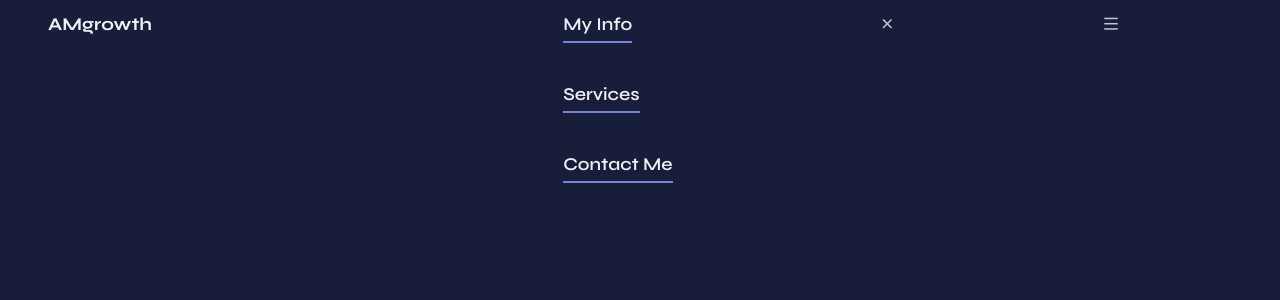
Repository: Ademaulana100499/portofolio
Page: index.html
These files come from the project's save history. The page is drawn as it stood at one moment and after the next save; the edit follows.
The browser window is 1280 px wide. The pictures show the whole page.
Some web fonts or font styles are not loaded; a fallback is used.

Above is the page before, as saved 2024-11-28 15:19:11.

### index.html
<!DOCTYPE html>
<html lang="en">
  <head>
    <meta charset="UTF-8" />
    <meta name="viewport" content="width=device-width, initial-scale=1.0" />
    <title>AMgrowth</title>
    <link rel="shortcut icon" href="assets/img/Favicon.png" />
    <link
      href="https://cdn.jsdelivr.net/npm/remixicon/fonts/remixicon.css"
      rel="stylesheet"
    />
    <link rel="stylesheet" href="assets/css/style.css" />
  </head>
  <body>
    <!-- HEADER -->
    <header class="header" id="header">
      <nav class="nav container">
        <a href="#" class="nav__logo">AMgrowth</a>

        <div class="nav__menu" id="nav-menu"></div>
        <ul class="nav__list">
          <li>
            <a href="#home" class="nav__link">Home</a>
          </li>
          <li>
            <a href="#project" class="nav__link">Project</a>
          </li>
          <li>
            <a href="#info" class="nav__link">My Info</a>
          </li>
          <li>
            <a href="#services" class="nav__link">Services</a>
          </li>
          <li>
            <a href="#contact" class="nav__link">Contact Me</a>
          </li>
        </ul>
        <!-- Close Button -->
        <div class="nav__close" id="nav-close">
          <i class="ri-close-line"></i>
        </div>
        <!-- Toggle Button -->
        <div class="nav__toggle" id="nav-toggle">
          <i class="ri-menu-line"></i>
        </div>
      </nav>
    </header>

    <!-- MAIN -->
    <main class="main" id="main"></main>

    <!-- FOOTER -->
    <footer class="footer" id="footer"></footer>
    <!-- SCROLL UP -->
    <!-- SCROLLREVEAL -->
    <script src=""></script>
    <!-- EMAIL JS -->
    <script src=""></script>
    <!-- MAIN JS -->
    <script src="assets/js/main.js"></script>
  </body>
</html>

### assets/css/style.css
@import url("https://fonts.googleapis.com/css2?family=Kite+One&family=Oooh+Baby&family=Orelega+One&family=Poppins:ital,wght@0,100;0,200;0,300;0,400;0,500;0,600;0,700;0,800;0,900;1,100;1,200;1,300;1,400;1,500;1,600;1,700;1,800;1,900&family=Syne:wght@400..800&display=swap");

/* VARIABLE CSS */
:root {
  --header-height: 3rem;

  /* Colors */
  --hue: 230;
  --first-color: hsl(var(--hue), 55%, 55%);
  --first-color-light: hsl(var(--hue), 55%, 65%);
  --first-color-alt: hsl(var(--hue), 50%, 50%);
  --title-color: hsl(var(--hue), 30%, 95%);
  --text-color: hsl(var(--hue), 20%, 80%);
  --text-color-light: hsl(var(--hue), 20%, 70%);
  --body-color: hsl(var(--hue), 40%, 16%);
  --container-color: hsl(var(--hue), 40%, 20%);

  /* Font and typography */
  --body-font: "Syne", sans-serif;
  --biggest-font-size: 3rem;
  --h1-font-size: 1.5rem;
  --h2-font-size: 1.25rem;
  --h3-font-size: 1rem;
  --normal-font-size: 0.938rem;
  --small-font-size: 0.813rem;
  --smaller-font-size: 0.75rem;

  /* Font weight */
  --font-regular: 400;
  --font-semi-bold: 600;
  --font-bold: 700;

  /* z index */
  --z-tooltip: 10;
  --z-fixed: 100;
}
/* Responsive typography */
@media screen and (min-width: 1150px) {
  :root {
    --biggest-font-size: 5.5rem;
    --big-font-size: 2.75rem;
    --h1-font-size: 2.25rem;
    --h2-font-size: 1.5rem;
    --h3-font-size: 1.25rem;
    --normal-font-size: 1.125rem;
    --small-font-size: 0.875rem;
  }
}

/* BASE */
* {
  margin: 0;
  padding: 0;
  box-sizing: border-box;
}

html {
  scroll-behavior: smooth;
}

body,
input,
textarea,
button {
  font-family: var(--body-font);
  font-size: var(--normal-font-size);
}

body {
  background-color: var(--body-color);
  color: var(--text-color);
}
input,
button,
textarea {
  outline: none;
  border: none;
}

h1,
h2,
h3 {
  color: var(--title-color);
  font-weight: var(--font-semi-bold);
}
p {
  line-height: 130%;
}

ul {
  list-style: none;
}

a {
  text-decoration: none;
}

img {
  display: block;
  max-width: 100%;
  height: auto;
}

/* REUSABLE CSS CLASSES */
.container {
  max-width: 1120px;
  margin-inline: 1.5rem;
}

.grid {
  display: grid;
  gap: 1.5rem;
}

.section {
  padding-block: 5rem 2rem;
}

.section__title {
  font-size: var(--h1-font-size);
  text-align: center;
  margin-bottom: 2rem;
  font-weight: var(--font-bold);
}
main {
  overflow: hidden;
}

/* HEADER & NAV */
.header {
  position: fixed;
  width: 100%;
  top: 0;
  left: 0;
  background-color: transparent;
  z-index: var(--z-fixed);
}
.nav {
  position: relative;
  height: var(--header-height);
  display: flex;
  justify-content: space-between;
  align-items: center;
  padding: 0 1.5rem;
}

.nav__logo {
  color: var(--title-color);
  font-weight: var(--font-bold);
}
.nav-toggle,
.nav-close {
  font-size: 1.5rem;
  cursor: pointer;
  color: var(--title-color);
}
/* Navigation for mobile */
@media screen and (max-width: 1150px) {
  .nav__menu {
    position: fixed;
    top: 0;
    right: 0;
    background-color: hsla(var(--hue), 70%, 4%, 0.2);
    backdrop-filter: blur(16px);
    -webkit-backdrop-filter: blur(16px);
    width: 80%;
    height: 100%;
    padding: 7rem 3rem;
    transition: right 0.4s;
  }
}
.nav__list {
  display: flex;
  flex-direction: column;
  row-gap: 3rem;
}
.nav__link {
  position: relative;
  color: var(--title-color);
  font-weight: var(--font-semi-bold);
  transition: color 0.4s;
}
.nav__link::after {
  content: "";
  width: 100%;
  height: 2px;
  background-color: var(--first-color-light);
  position: absolute;
  left: 0;
  bottom: -0.5rem;
  transition: width 0.3s;
}
.nav__link:hover {
  color: var(--first-color-light);
}
.nav__link:hover::after {
  width: 30%;
}

/* Show Menu */
/* Add blur to header */
/* Active link */

/* HOME */

Loaded but not shown: assets/js/main.js (no copy from this time; the picture is the same without it)

After the next save:
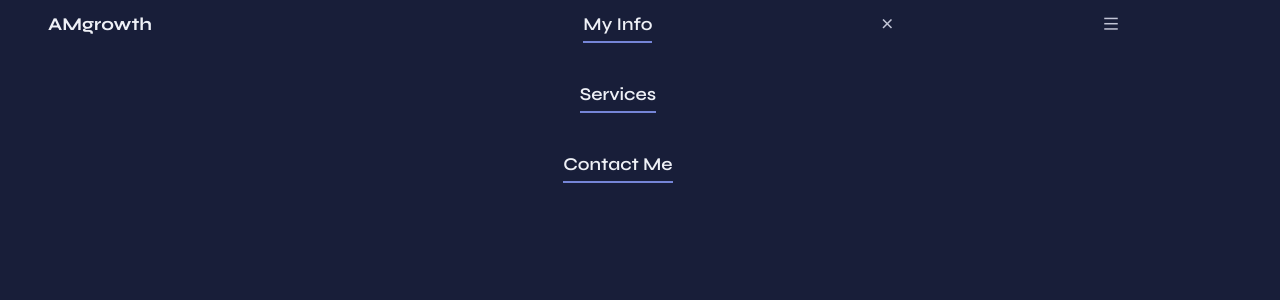
Saved 69 s later.
--- a/assets/css/style.css
+++ b/assets/css/style.css
@@ -147,6 +147,7 @@
 .nav__logo {
   color: var(--title-color);
   font-weight: var(--font-bold);
+  line-height: 1;
 }
 .nav-toggle,
 .nav-close {
@@ -173,6 +174,7 @@
   display: flex;
   flex-direction: column;
   row-gap: 3rem;
+  align-items: center;
 }
 .nav__link {
   position: relative;

After the save that followed:
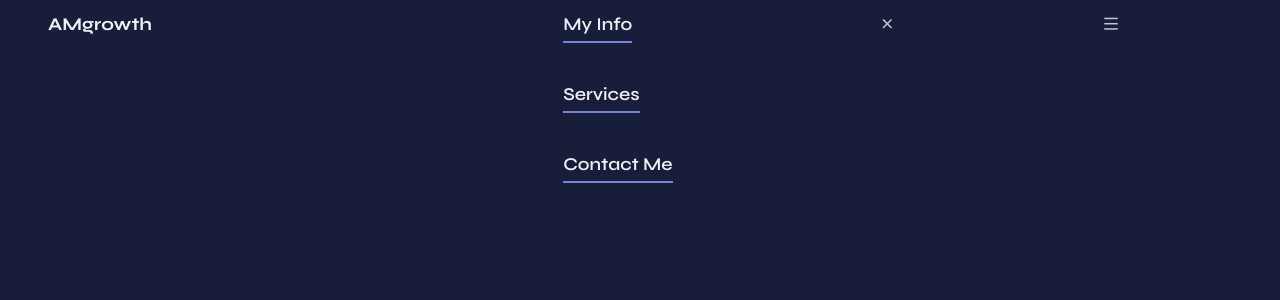
Saved 5 s later.
--- a/assets/css/style.css
+++ b/assets/css/style.css
@@ -174,7 +174,6 @@
   display: flex;
   flex-direction: column;
   row-gap: 3rem;
-  align-items: center;
 }
 .nav__link {
   position: relative;
